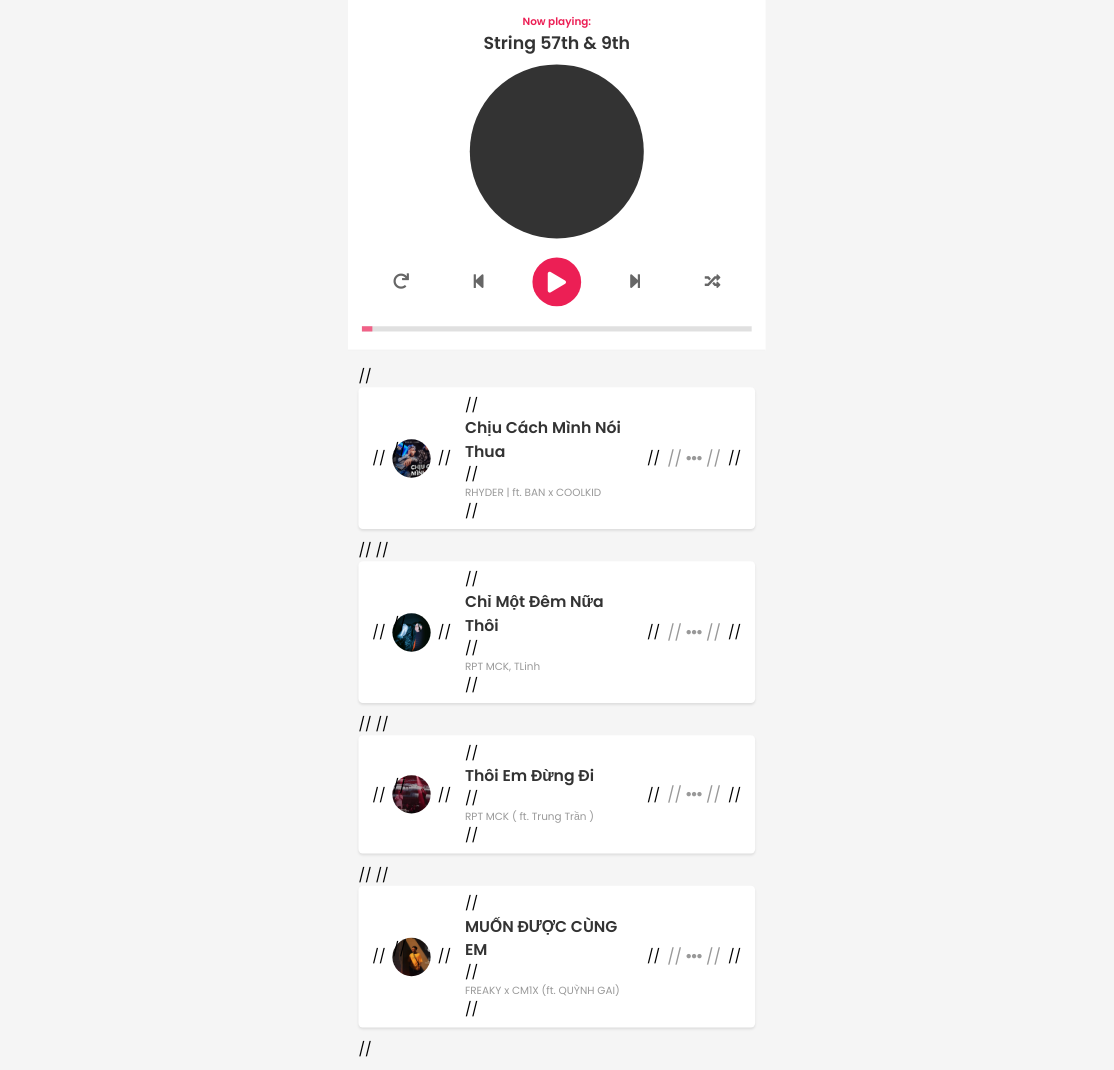
Repository: ChiNg22nd04/MusicPlayer
Page: index.html
The author's editor kept a copy of each file at every save. The page is drawn from the files as they stood at one save, then again after a run of saves.
The browser window is 1280 px wide. The pictures show the whole page, at 87% of full size.

Above is the page before, as saved 2023-12-29 22:08:13.

### index.html
<!DOCTYPE html>
<html lang="en">
<head>
    <meta charset="UTF-8">
    <meta name="viewport" content="width=device-width, initial-scale=1.0">
    <title>Music player</title>
    <link rel="stylesheet" href="https://cdnjs.cloudflare.com/ajax/libs/font-awesome/5.15.2/css/all.min.css" integrity="sha512-HK5fgLBL+xu6dm/Ii3z4xhlSUyZgTT9tuc/hSrtw6uzJOvgRr2a9jyxxT1ely+B+xFAmJKVSTbpM/CuL7qxO8w==" crossorigin="anonymous" />
    <link rel="preconnect" href="https://fonts.gstatic.com">
    <link href="https://fonts.googleapis.com/css2?family=Poppins:wght@300;400;600&display=swap" rel="stylesheet">
    <link rel="stylesheet" href="./assets/css/style.css">
</head>
<body>


<div class="player">
  <!-- Dashboard -->
  <div class="dashboard">
    <!-- Header -->
    <header>
      <h4>Now playing:</h4>
      <h2>String 57th & 9th</h2>
    </header>

    <!-- CD -->
    <div class="cd">
      <div class="cd-thumb">
      </div>
    </div>

    <!-- Control -->
    <div class="control">
      <div class="btn btn-repeat">
        <i class="fas fa-redo"></i>
      </div>
      <div class="btn btn-prev">
        <i class="fas fa-step-backward"></i>
      </div>
      <div class="btn btn-toggle-play">
        <i classa="fas fa-pause icon-pause"></i>
        <i class="fas fa-play icon-play"></i>
      </div>
      <div class="btn btn-next">
        <i class="fas fa-step-forward"></i>
      </div>
      <div class="btn btn-random">
        <i class="fas fa-random"></i>
      </div>
    </div>

    <input id="progress" class="progress" type="range" value="0" step="1" min="0" max="100">

    <audio id="audio" src=""></audio>
  </div>

  <!-- Playlist -->
  <div class="playlist">

  </div>
</div>
<script >
  const $ = document.querySelector.bind(document);
  const $$ = document.querySelectorAll.bind(document);
  const playList = $('.playlist');

  //! List bài hát
  const app = {
      listSong: [
          {
              name: 'Chịu Cách Mình Nói Thua',
              singer: 'RHYDER | ft. BAN x COOLKID ',
              path: './assets/music/ChiuCachMinhNoiThua-RHYDERCoolkidBAN-12449134.mp3',
              img:'./assets/img/ccmnt.jpeg',
          },
          {
              name: 'Chỉ Một Đêm Nữa Thôi',
              singer: 'RPT MCK, TLinh',
              path: './assets/music/ChiMotDemNuaThoi-MCK-8804087.mp3',
              img: './assets/img/cmdnt.jpeg',
          },
          {
              name: 'Thôi Em Đừng Đi',
              singer: 'RPT MCK ( ft. Trung Trần )',
              path: './assets/music/ThoiEmDungDi-MCK-8804088.mp3',
              img: './assets/img/tedd.jpeg',
          },
          {
              name: 'MUỐN ĐƯỢC CÙNG EM',
              singer: 'FREAKY x CM1X (ft. QUỲNH GAI)',
              path: './assets/music/MuonDuocCungEm-Freaky-6792500.mp3',
              img: './assets/img/mdce.jpeg',
          },
      ],
      render: function() {
          const htmls = this.listSong.map((song) => {
            return `
              //     <div class="song">
              //         <div class="thumb"
              //             style="background-image: url('${song.img}');">
              //         </div>
              //         <div class="body">
              //             <h3 class="title">${song.name}</h3>
              //             <p class="author">${song.singer}</p>
              //         </div>
              //         <div class="option">
              //             <i class="fas fa-ellipsis-h"></i>
              //         </div>
              //     </div>
              // `
              // return
              // `
              //     <div class="song">
              //         <div class="thumb"
              //             style="background-image: url('${song.img}');">
              //         </div>
              //         <div class="body">
              //             <h3 class="title">${song.name}</h3>
              //             <p class="author">${song.singer}</p>
              //         </div>
              //         <div class="option">
              //             <i class="fas fa-ellipsis-h"></i>
              //         </div>
              //     </div>
              // `
          })
          $('.playlist').innerHTML = htmls.join(' ');
      },
      start: function() {
          this.render()
      }
  }

  app.start();



</script>
<!-- Design from: https://static.collectui.com/shots/3671744/musicloud-revolutionary-app-for-music-streaming-large -->
</body>
</html>

### assets/css/style.css
:root {
    --primary-color: #ec1f55;
    --text-color: #333;
  }

  * {
    padding: 0;
    margin: 0;
    box-sizing: inherit;
  }

  body {
    background-color: #f5f5f5;
  }

  html {
    box-sizing: border-box;
    font-family: "Poppins", sans-serif;
  }

  .player {
    position: relative;
    max-width: 480px;
    margin: 0 auto;
  }

  .player .icon-pause {
    display: none;
  }

  .player.playing .icon-pause {
    display: inline-block;
  }

  .player.playing .icon-play {
    display: none;
  }

  .dashboard {
    padding: 16px 16px 14px;
    background-color: #fff;
    position: fixed;
    top: 0;
    width: 100%;
    max-width: 480px;
    border-bottom: 1px solid #ebebeb;
  }

  /* HEADER */
  header {
    text-align: center;
    margin-bottom: 10px;
  }

  header h4 {
    color: var(--primary-color);
    font-size: 12px;
  }

  header h2 {
    color: var(--text-color);
    font-size: 20px;
  }

  /* CD */
  .cd {
    display: flex;
    margin: auto;
    width: 200px;
  }

  .cd-thumb {
    width: 100%;
    padding-top: 100%;
    border-radius: 50%;
    background-color: #333;
    background-size: cover;
    margin: auto;
  }

  /* CONTROL */
  .control {
    display: flex;
    align-items: center;
    justify-content: space-around;
    padding: 18px 0 8px 0;
  }

  .control .btn {
    color: #666;
    padding: 18px;
    font-size: 18px;
  }

  .control .btn.active {
    color: var(--primary-color);
  }

  .control .btn-toggle-play {
    width: 56px;
    height: 56px;
    border-radius: 50%;
    font-size: 24px;
    color: #fff;
    display: flex;
    align-items: center;
    justify-content: center;
    background-color: var(--primary-color);
  }

  .progress {
    width: 100%;
    -webkit-appearance: none;
    height: 6px;
    background: #d3d3d3;
    outline: none;
    opacity: 0.7;
    -webkit-transition: 0.2s;
    transition: opacity 0.2s;
  }

  .progress::-webkit-slider-thumb {
    -webkit-appearance: none;
    appearance: none;
    width: 12px;
    height: 6px;
    background-color: var(--primary-color);
    cursor: pointer;
  }

  /* PLAYLIST */
  .playlist {
    margin-top: 408px;
    padding: 12px;
  }

  .song {
    display: flex;
    align-items: center;
    margin-bottom: 12px;
    background-color: #fff;
    padding: 8px 16px;
    border-radius: 5px;
    box-shadow: 0 2px 3px rgba(0, 0, 0, 0.1);
  }

  .song.active {
    background-color: var(--primary-color);
  }

  .song:active {
    opacity: 0.8;
  }

  .song.active .option,
  .song.active .author,
  .song.active .title {
    color: #fff;
  }

  .song .thumb {
    width: 44px;
    height: 44px;
    border-radius: 50%;
    background-size: cover;
    margin: 0 8px;
  }

  .song .body {
    flex: 1;
    padding: 0 16px;
  }

  .song .title {
    font-size: 18px;
    color: var(--text-color);
  }

  .song .author {
    font-size: 12px;
    color: #999;
  }

  .song .option {
    padding: 16px 8px;
    color: #999;
    font-size: 18px;
  }

After the next 3 saves:
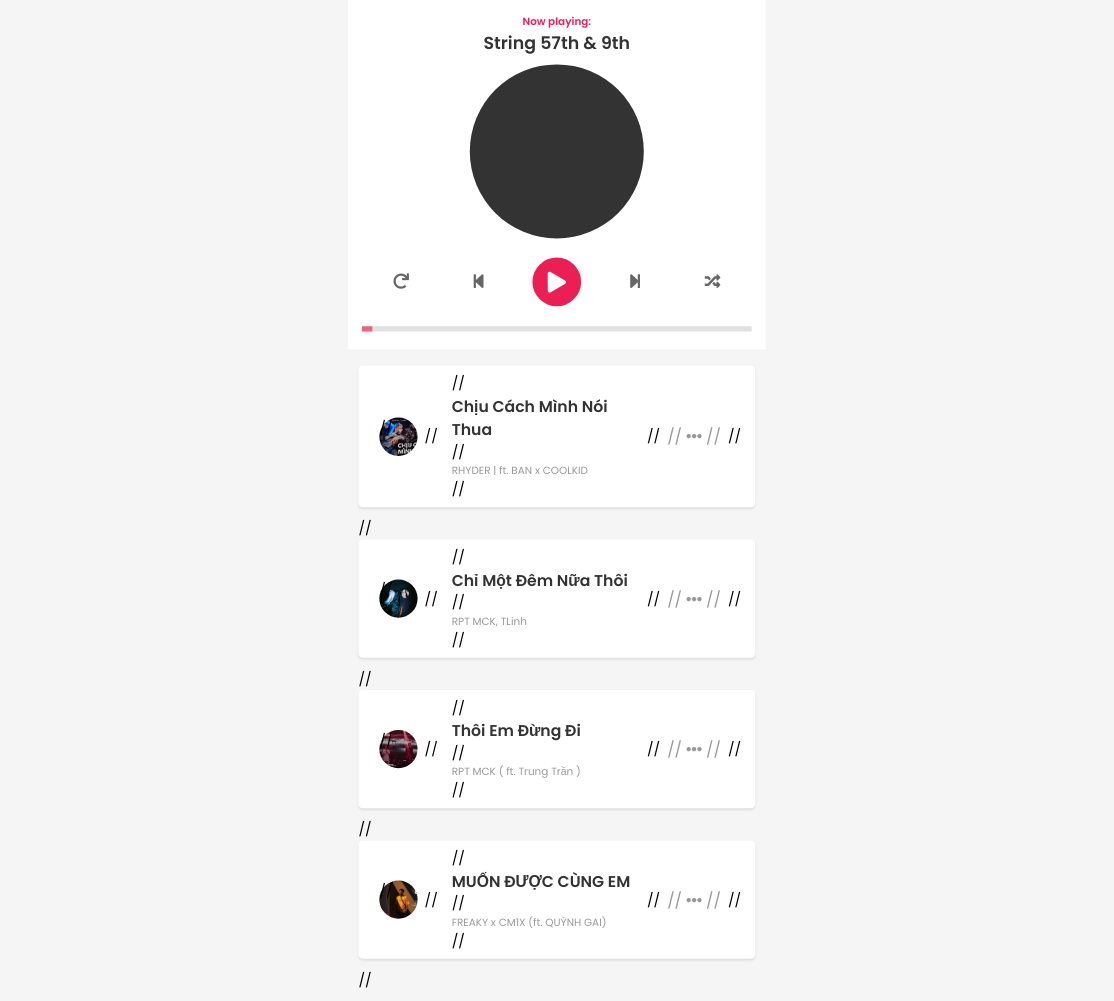
The 3 saves are shown as one change because they came seconds apart.
The last was saved 13 s later.
--- a/index.html
+++ b/index.html
@@ -93,9 +93,9 @@
       render: function() {
           const htmls = this.listSong.map((song) => {
             return `
-              //     <div class="song">
-              //         <div class="thumb"
-              //             style="background-image: url('${song.img}');">
+                  <div class="song">
+                     <div class="thumb"
+                        style="background-image: url('${song.img}');">
               //         </div>
               //         <div class="body">
               //             <h3 class="title">${song.name}</h3>
